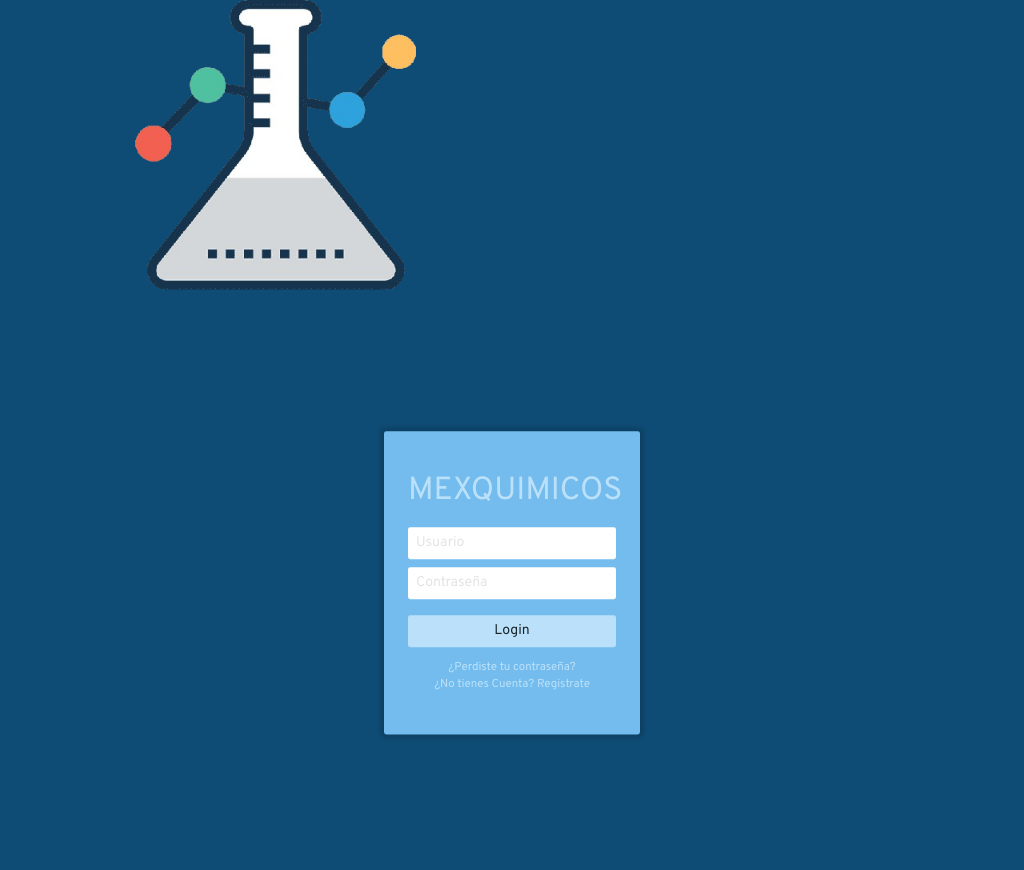
Repository: iDiv3r/MexiQuimicosIsay
Page: Index.html
These files come from the project's save history. The page is drawn as it stood at one moment and after the next save; the edit follows.
The browser window is 1280 px wide. The pictures show the whole page, at 80% of full size.

Above is the page before, as saved 2023-11-26 16:05:58.

### Index.html
<!doctype html>
<html lang="es">

    <head>

        <meta charset="utf-8">

        <title> Formulario de Acceso </title>

        <meta name="viewport" content="width=device-width, initial-scale=1.0">
        <meta name="author" content="Videojuegos & Desarrollo">
        <meta name="description" content="Muestra de un formulario de acceso en HTML y CSS">
        <meta name="keywords" content="Formulario Acceso, Formulario de LogIn">

        <link href="https://fonts.googleapis.com/css?family=Nunito&display=swap" rel="stylesheet">
        <link href="https://fonts.googleapis.com/css?family=Overpass&display=swap" rel="stylesheet">
        <link rel="stylesheet" href="css/login.css">

        <style type="text/css">

        </style>

        <script type="text/javascript">

        </script>

    </head>
    <body>
        <img src="img/L1.png" alt="logo" class="logo">
        <div id="contenedor">
            <div id="central">
                <div id="login">
                    <div class="titulo">
                        MEXQUIMICOS
                    </div>
                    <form action="Controller.php" method="post">
                        <input type="text" name="txtCorreo" placeholder="Usuario" required>
                        <input type="password" placeholder="Contraseña" name="txtPass" required>
                        <button type="submit" title="Ingresar" name="btnIng">Login</button>
                    </form>
                    <div class="pie-form">
                        <a href="#">¿Perdiste tu contraseña?</a>
                        <a href="#">¿No tienes Cuenta? Registrate</a>
                    </div>
                </div>
            </div>
        </div>
    </body>
</html>

### css/login.css
body {
    font-family: 'Overpass', sans-serif;
    font-weight: normal;
    font-size: 100%;
    color: #9bcee9;

    margin: 0;
    background-color: #0f4c75;
}

#contenedor {
    display: flex;
    align-items: center;
    justify-content: center;

    margin: 0;
    padding: 0;
    min-width: 100vw;
    min-height: 100vh;
    width: 100%;
    height: 100%;
}

#central {
    max-width: 320px;
    width: 100%;
}

.titulo {
    font-size: 250%;
    color:#bbe1fa;
    text-align: center;
    margin-bottom: 20px;
}

#login {
    width: 100%;
    padding: 50px 30px;
    background-color: #73bced;

    -webkit-box-shadow: 0px 0px 5px 5px rgba(0,0,0,0.15);
    -moz-box-shadow: 0px 0px 5px 5px rgba(0,0,0,0.15);
    box-shadow: 0px 0px 5px 5px rgba(0,0,0,0.15);

    border-radius: 3px 3px 3px 3px;
    -moz-border-radius: 3px 3px 3px 3px;
    -webkit-border-radius: 3px 3px 3px 3px;

    box-sizing: border-box;
}

#login input {
    font-family: 'Overpass', sans-serif;
    font-size: 110%;
    color: #1b262c;

    display: block;
    width: 100%;
    height: 40px;

    margin-bottom: 10px;
    padding: 5px 5px 5px 10px;

    box-sizing: border-box;

    border: none;
    border-radius: 3px 3px 3px 3px;
    -moz-border-radius: 3px 3px 3px 3px;
    -webkit-border-radius: 3px 3px 3px 3px;
}

#login input::placeholder {
    font-family: 'Overpass', sans-serif;
    color: #E4E4E4;
}

#login button {
    font-family: 'Overpass', sans-serif;
    font-size: 110%;
    color:#1b262c;
    width: 100%;
    height: 40px;
    border: none;

    border-radius: 3px 3px 3px 3px;
    -moz-border-radius: 3px 3px 3px 3px;
    -webkit-border-radius: 3px 3px 3px 3px;

    background-color: #bbe1fa;

    margin-top: 10px;
}

#login button:hover {
    background-color: #5ccef4;
    color:#bbe1fa;
}

.pie-form {
    font-size: 90%;
    text-align: center;
    margin-top: 15px;
}

.pie-form a {
    display: block;
    text-decoration: none;
    color: #bbe1fa;
    margin-bottom: 3px;
}

.pie-form a:hover {
    color: #0f4c75;
}

.inferior {
    margin-top: 10px;
    font-size: 90%;
    text-align: center;
}

.inferior a {
    display: block;
    text-decoration: none;
    color: #bbe1fa;
    margin-bottom: 3px;
}

.inferior a:hover {
    color: #3282b8;
}

After the next save:
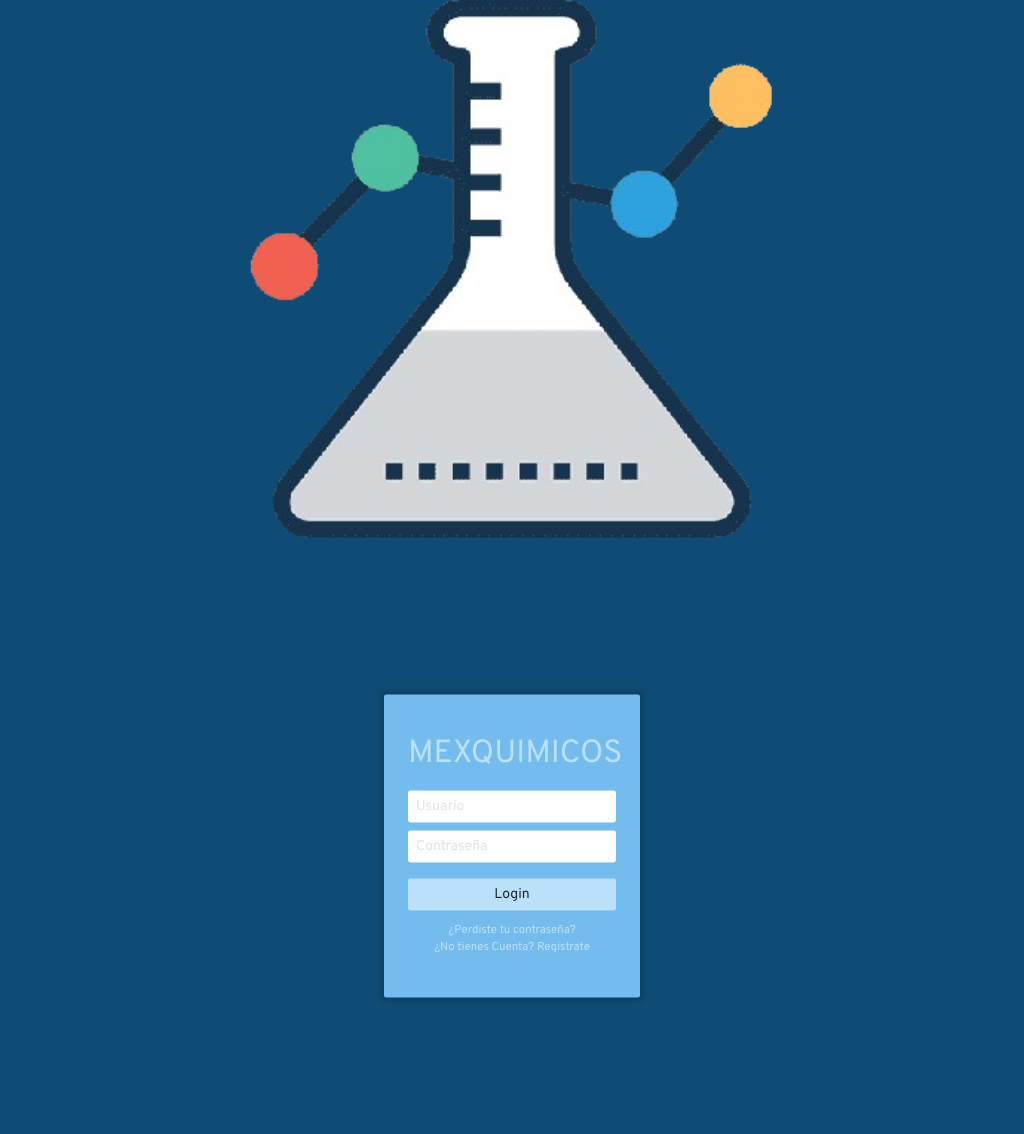
Saved 25 s later.
--- a/css/login.css
+++ b/css/login.css
@@ -129,3 +129,9 @@ body {
 .inferior a:hover {
     color: #3282b8;
 }
+
+.logo{
+    width: 100%;
+    height: 100%;
+    margin-bottom: 20px;
+}

After the save that followed:
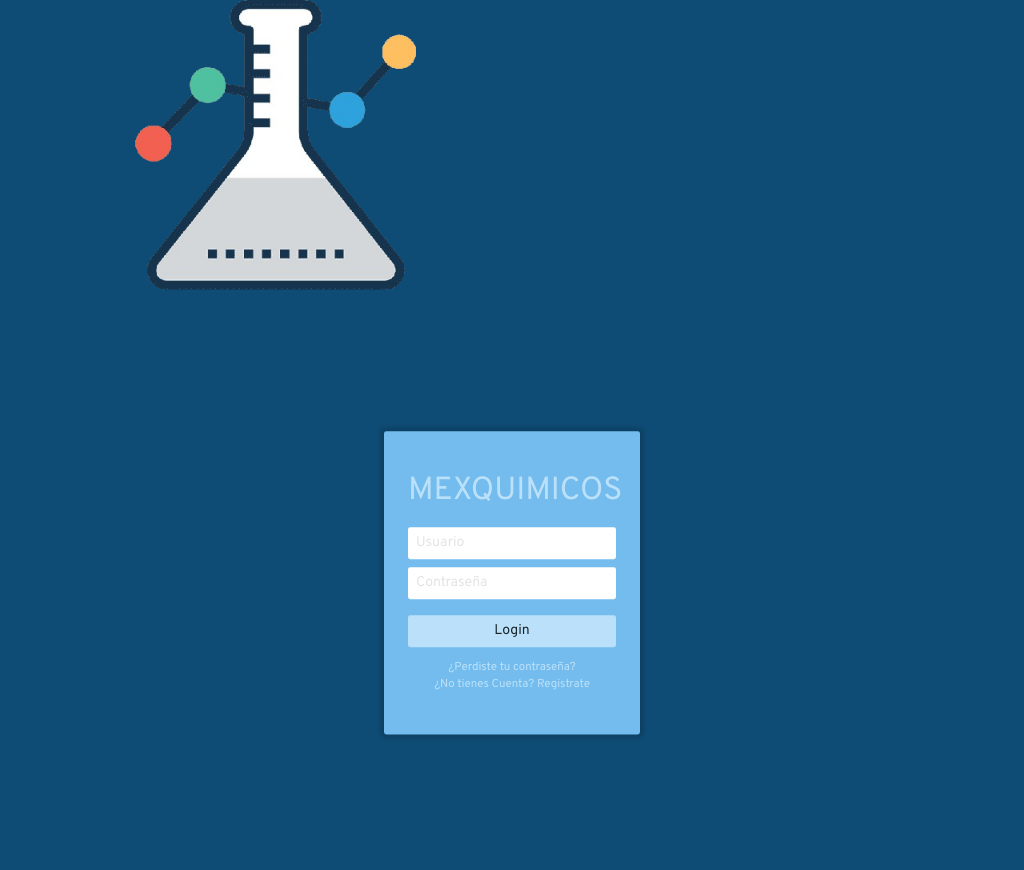
Saved 13 s later.
--- a/css/login.css
+++ b/css/login.css
@@ -131,7 +131,5 @@ body {
 }
 
 .logo{
-    width: 100%;
-    height: 100%;
-    margin-bottom: 20px;
+
 }
